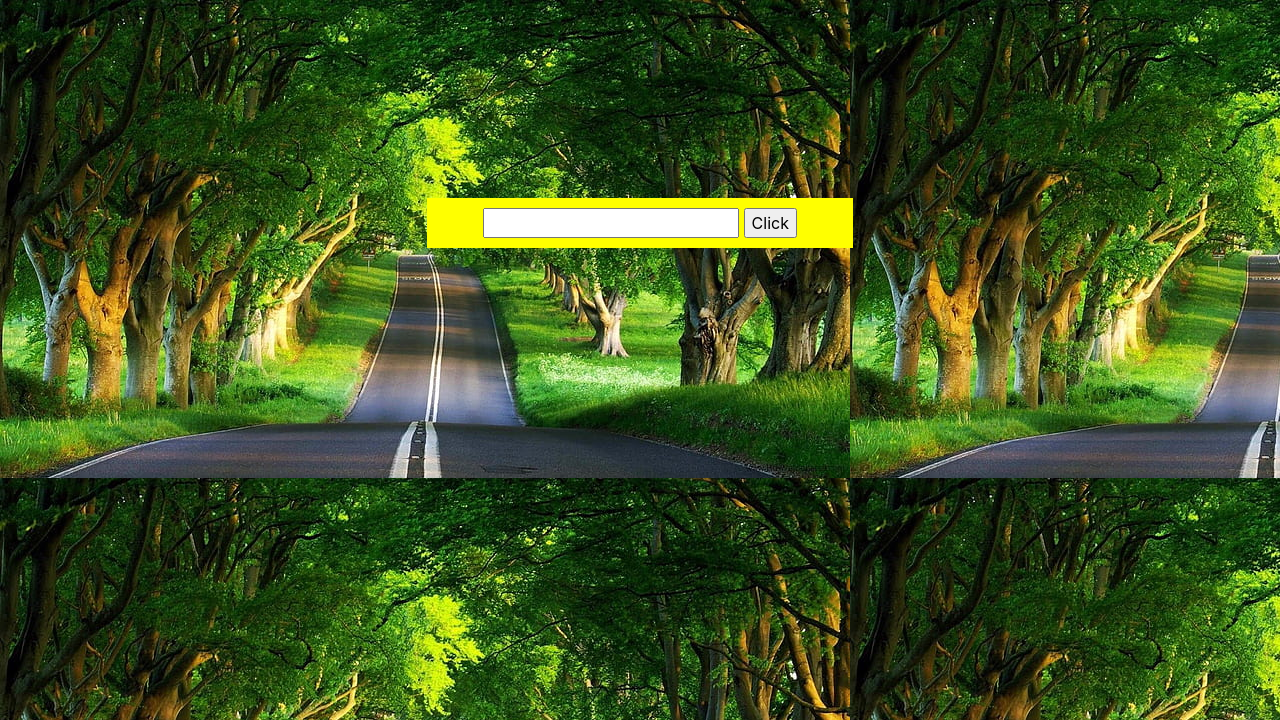
Repository: prashantkumarbind/Hospital-Weather-Concept
Page: http://localhost/weather-app/
The author's editor kept a copy of each file at every save. The page is drawn from the files as they stood at one save, then again after the next save.
The browser window is 1280 px wide. The pictures show the whole page.
The page is served by Tomcat 9.

Above is the page before, as saved 2024-01-19 07:17:51.

After the next save:
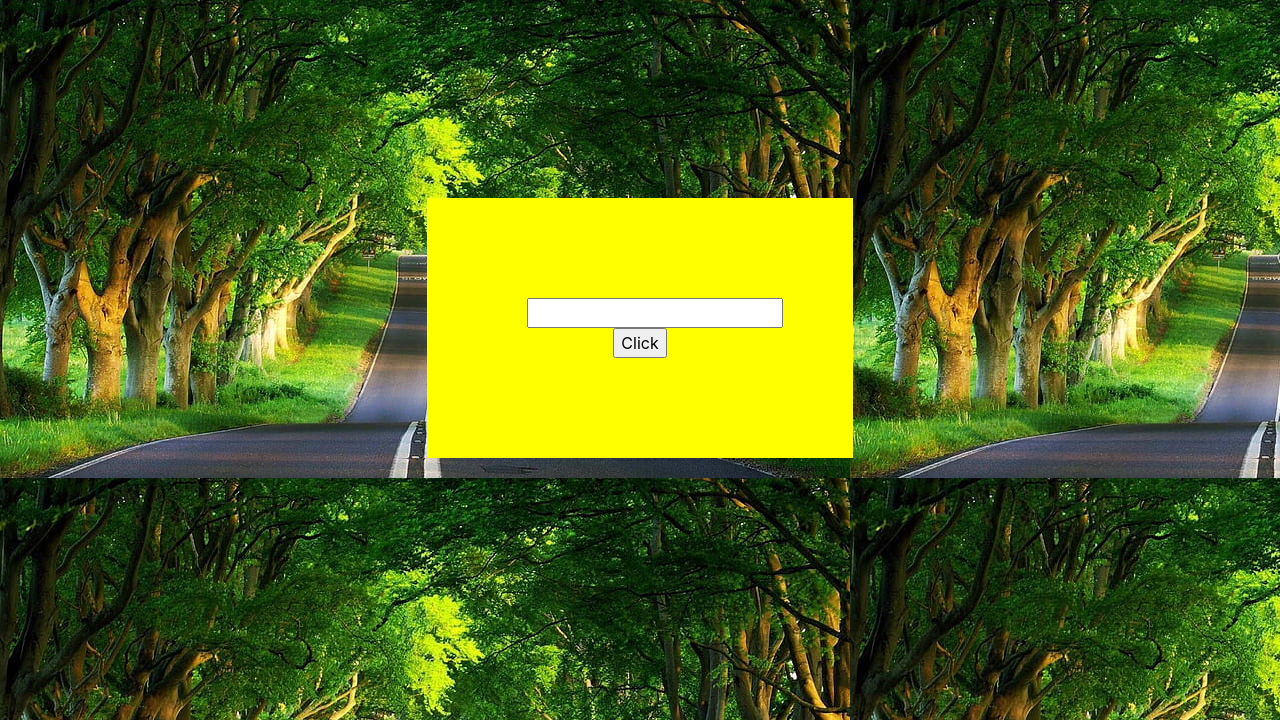
Saved 12 s later.
--- a/weather-app/src/main/webapp/index.jsp
+++ b/weather-app/src/main/webapp/index.jsp
@@ -15,7 +15,7 @@
 	.controller{
 		margin-top:150px;
 		background-color:yellow;
-		padding:10px 10px;
+		padding:100px 100px;
 
 	}
 </style>
